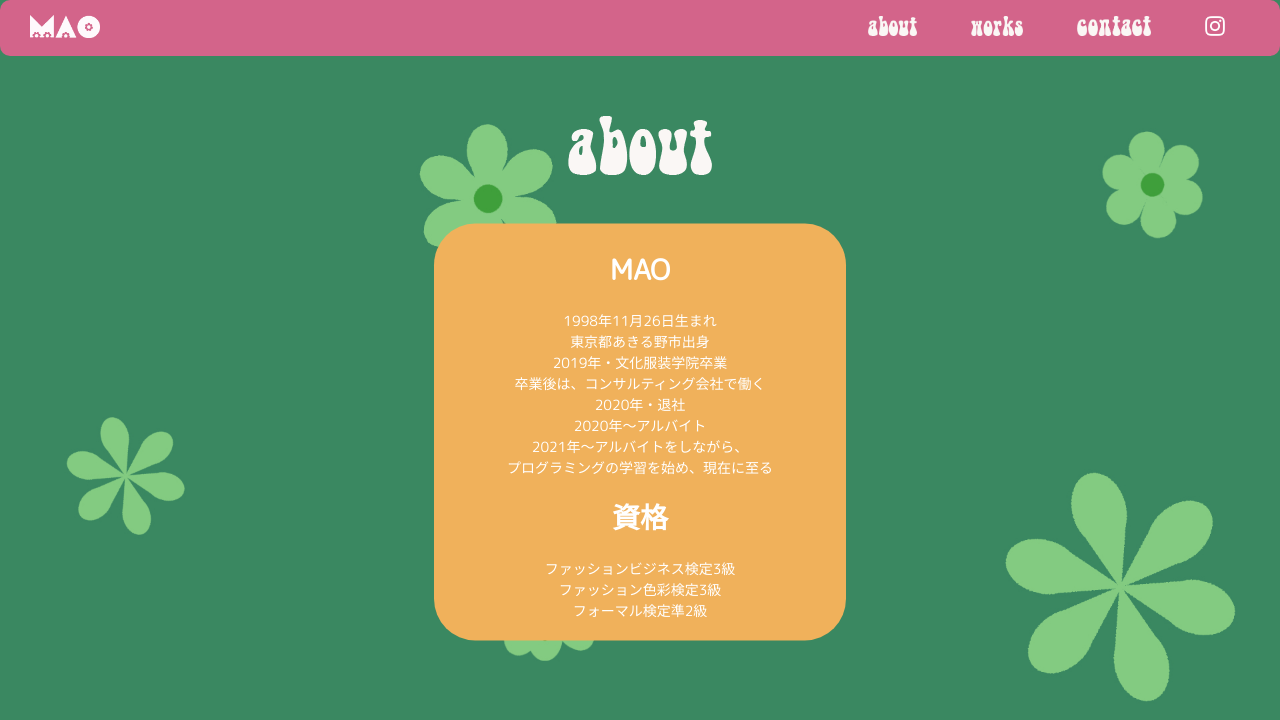
Repository: HarashimaMao/portfolio
Page: about.html
The author's editor kept a record of every edit. The page is drawn from the files as they stood at one moment, then again after the next edit.
The browser window is 1280 px wide. The pictures show the whole page.

Above is the page before.

### about.html
<!DOCTYPE html>
<html lang ="ja">
    <head>
        <meta charset="utf-8">
        <title>HarashimaMao</title>
        <style>


          body {
              margin: 0;
              background-image: url(images/my_home_page2.jpg);
              background-size: cover;
          }

          .header {
              width: 100%;
              display: flex;
              background-color: #D3648A;
              justify-content: space-between;
              border-radius: 10px;
          }

          .header-logo {
              margin-top: 15px;
              margin-left: 30px;
          }

          ul {
              list-style: none;
              margin-right: 5px;

          }

          li {
              display: inline-block;
              margin-right: 50px;
          }

          .main {
              color: #FFF;
              font-family: "M PLUS Rounded 1c";
              text-align: center;
          }

          .main img {
              position: relative;
              top: 60px;
          }

          .container {
              text-align: center;
              font-size: 14px;
              margin: 0;
              position: absolute;
              top: 60%;
              left: 50%;
              margin-right: -50%;
              transform: translate(-50%,-50%)
          }

          .square {
              position: relative;
              width: 400px;
              padding: 6px;
              background: #F0B15B;
              border-radius: 10%;
          }

        </style>

        <link href="https://fonts.googleapis.com/css?family=M+PLUS+Rounded+1c" rel="stylesheet">
    </head>
    <body>
        <div class="header">
            <div class="header-logo">
                <a href="top.html"><img src="images/MAOlogo.png" width="70px"></a>
            </div>
            <div class="header-list">
                <ul>
                    <li><a href="about.html"><img src="images/about.png" alt="about" height="20px"></a></li>
                    <li><a href="works.html"><img src="images/works.png" alt="works" height="20px"></a></li>
                    <li><a href="contact.html"><img src="images/contact.png" alt="contact" height="20px"></a></li>
                    <li><a href="https://www.instagram.com/mao_yz/?hl=en"><img src="images/insta.png" alt="insta" height="20px"></a></li>
                </ul>
            </div>
        </div>

        <div class="main">
            <img src="images/about.png" alt="about">
            <div class="container">
                <div class="square">
                <div class="profile">
                    <h1>MAO</h1>
                    <p>1998年11月26日生まれ</br>東京都あきる野市出身</br>2019年・文化服装学院卒業</br>卒業後は、コンサルティング会社で働く</br>2020年・退社</br>2020年〜アルバイト</br>2021年〜アルバイトをしながら、</br>プログラミングの学習を始め、現在に至る</p>
                </div>

                <div class="license">
                    <h1>資格</h1>
                    <p>ファッションビジネス検定3級</br>ファッション色彩検定3級</br>フォーマル検定準2級</p>
                </div>
                </div>
            </div>


        </div>

        <script src="jquery-3.6.0.min.js"></script>
        <script>
             $(function(){
                $('.header').hover(
                    function(){
                        $(this).animate({
                            'font-size':'20px'
                        });
                    },
                    function(){
                        $(this).animate({
                            'font-size':'16px'
                        });
                    });
            });
        </script>
    </body>
</html>

Loaded but not shown: jquery-3.6.0.min.js (library)

After the next edit:
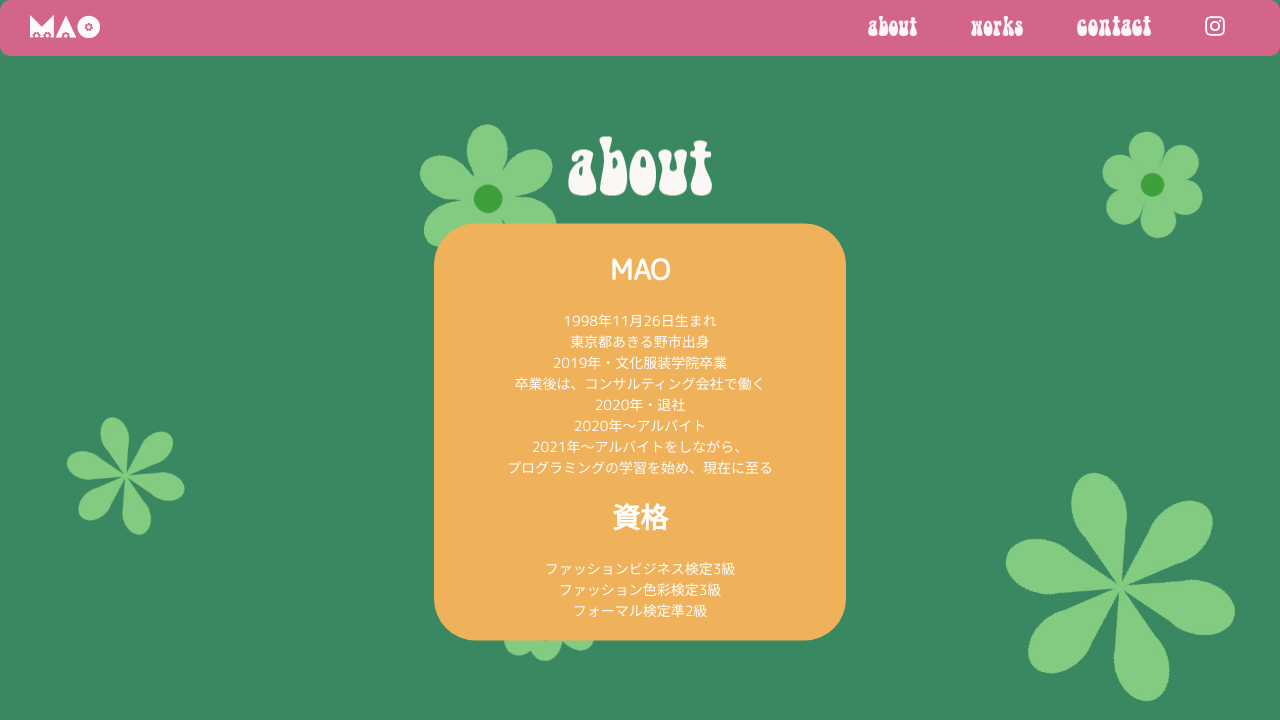
The edit:
--- a/about.html
+++ b/about.html
@@ -43,8 +43,10 @@
           }
 
           .main img {
-              position: relative;
-              top: 60px;
+              position: absolute;
+              top: 23%;
+              margin-right: -50%;
+              transform: translate(-50%,-50%)
           }
 
           .container {
